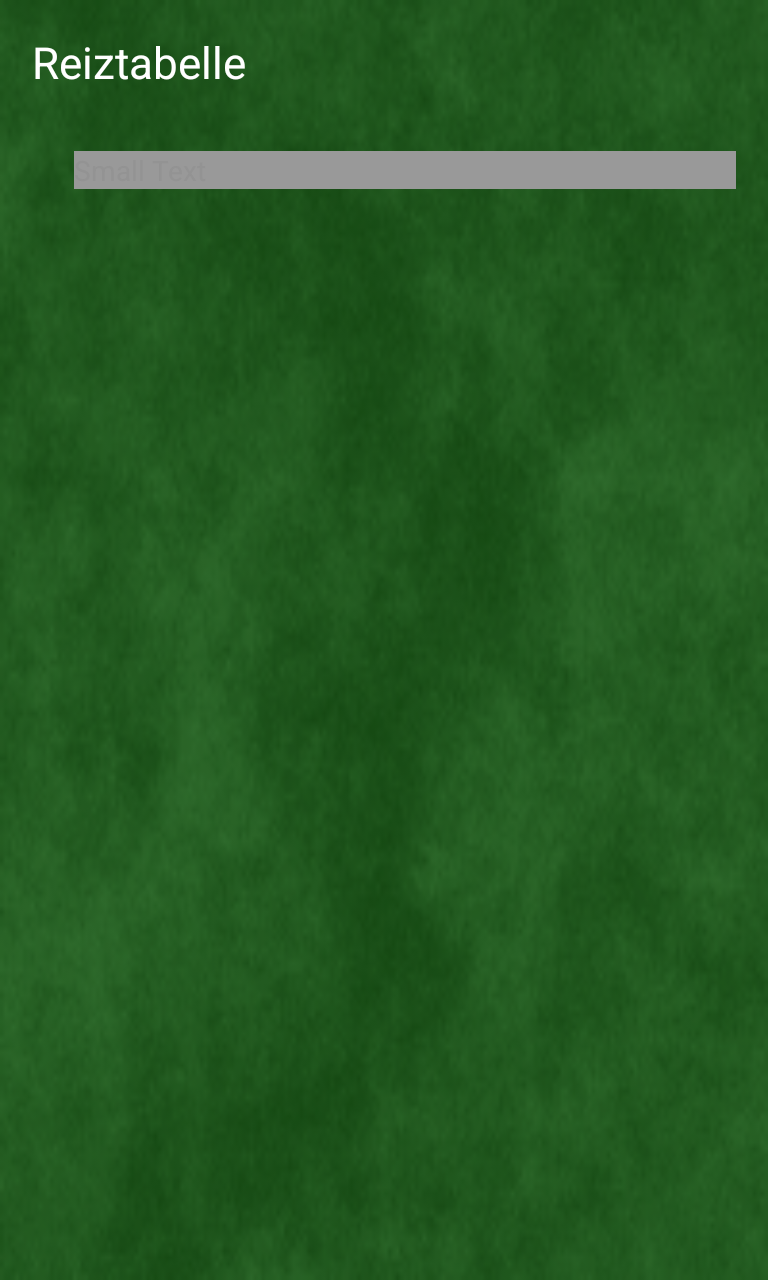
Repository: razinanu/InSy-Skat
Layout: InSy-Skat/res/layout/fragment_result.xml
These files come from the project's save history. The layout is drawn as it stood at one moment and after the next save; the edit follows.
It is drawn on a 768 x 1280 px phone screen (xhdpi) without system bars, with theme AppTheme; the app's code is not run.

Above is the layout before, as saved 2014-06-19 18:07:24.

### InSy-Skat/res/layout/fragment_result.xml
<RelativeLayout xmlns:android="http://schemas.android.com/apk/res/android"
    xmlns:tools="http://schemas.android.com/tools"
    android:layout_width="match_parent"
    android:layout_height="match_parent"
    android:paddingBottom="@dimen/activity_vertical_margin"
    android:paddingLeft="@dimen/activity_horizontal_margin"
    android:paddingRight="@dimen/activity_horizontal_margin"
    android:paddingTop="@dimen/activity_vertical_margin"
    android:background="@drawable/hintergrundapp"
    tools:context="com.example.insy_skat.ResultActivity$PlaceholderFragment" >

     <TextView
        android:id="@+id/reizTabelleText"
        android:layout_width="wrap_content"
        android:layout_height="wrap_content"
        android:text="@string/reizenTabelle"
        android:textAppearance="?android:attr/textAppearanceLarge"
        android:textColor="#ffffff" />

     <ScrollView
         android:id="@+id/scrollView1"
         android:layout_width="match_parent"
         android:layout_height="match_parent"
         android:layout_alignLeft="@+id/reizTabelleText"
         android:layout_below="@+id/reizTabelleText"
         android:layout_marginLeft="21dp"
         android:layout_marginTop="30dp"
          android:layout_marginBottom="30dp" >

         <LinearLayout
             android:layout_width="match_parent"
             android:layout_height="wrap_content"
             android:orientation="vertical" >

             <TextView
                 android:id="@+id/textView01"
                 android:layout_width="match_parent"
                 android:layout_height="wrap_content"
                 android:textColor="@color/textnotAvailable"
                 android:background="@color/backgroundnotAvailable"
                 android:text="Small Text"
                 android:textAppearance="?android:attr/textAppearanceSmall" />

         </LinearLayout>
     </ScrollView>

</RelativeLayout>

### InSy-Skat/res/values/strings.xml
<?xml version="1.0" encoding="utf-8"?>
<resources>

    <string name="app_name">Reizassistent</string>
    <string name="action_settings">Settings</string>
    <string name="zurueck">Zurück</string>
    <string name="weiter">Weiter</string>
    <string name="menue">Menü</string>
    <string name="abbrechen">Abbrechen</string>
    <string name="farbspielGrand">Farbspiel/Grand</string>
    <string name="nullString">Null</string>
    <string name="grand">Grand</string>
    <string name="reizassistent">Reizassistent</string>
     <string name="bubenAuswaehlen">Buben Auswählen</string>
    <string name="farbenAuswahl">Farben Auswählen</string>
    <string name="reizenTabelle">Reiztabelle</string>
    <string name="title_activity_selected_soldiers">SelectedSoldiers</string>
    <string name="title_activity_farben_auswahl">FarbenAuswahl</string>
    <string name="title_activity_result">ResultActivity</string>
    <string name="info_title">Zusätzliche Informationen</string>



</resources>

### InSy-Skat/res/values/color.xml
<?xml version="1.0" encoding="utf-8"?>
<resources>
<color name="textAvailable">#000000</color>
<color name="textnotAvailable">#939393</color>
<color name="backgroundAvailable">#FFFFFF</color>
<color name="backgroundnotAvailable">#999999</color>
</resources>

Loaded but not shown: InSy-Skat/res/values-v11/styles.xml (common file); InSy-Skat/res/values/styles.xml (common file); InSy-Skat/res/values-v14/styles.xml (common file); InSy-Skat/res/values/dimens.xml (common file); InSy-Skat/res/values-w820dp/dimens.xml (common file)

After the next save:
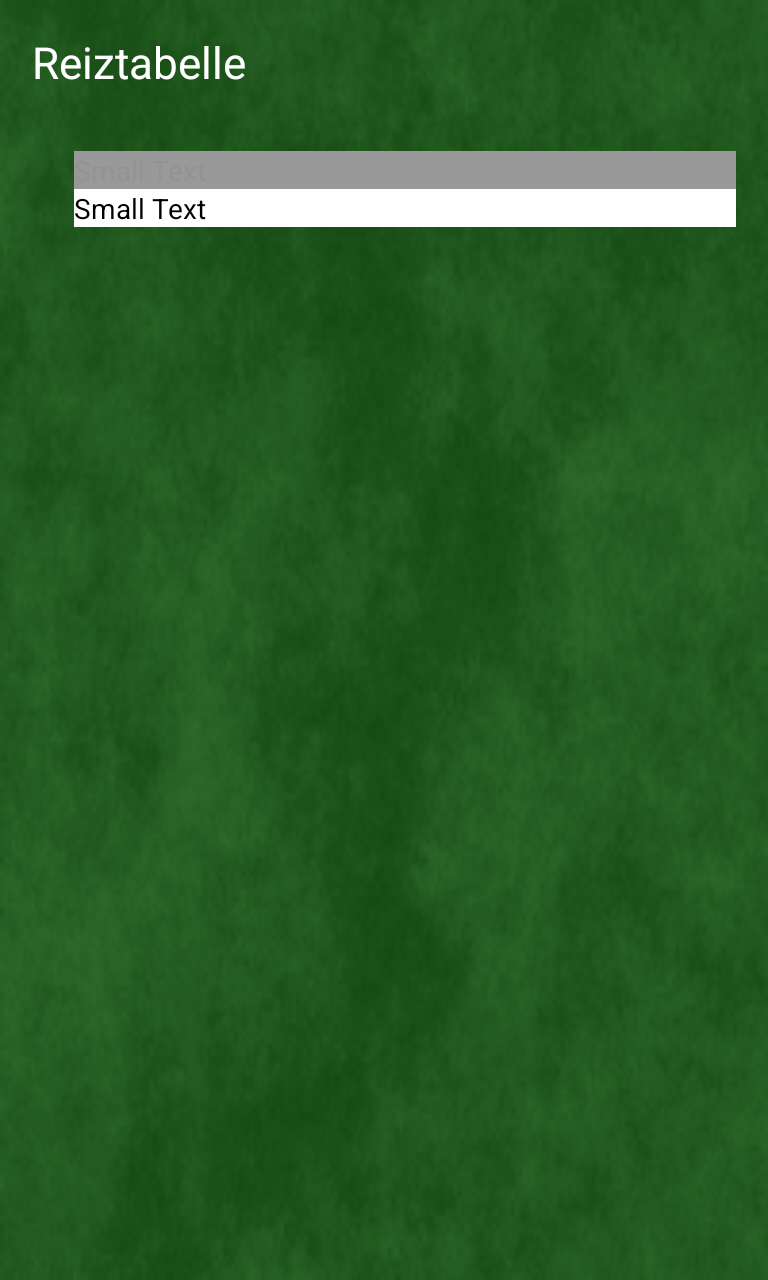
Saved 5 min 17 s later.
--- a/InSy-Skat/res/layout/fragment_result.xml
+++ b/InSy-Skat/res/layout/fragment_result.xml
@@ -40,6 +40,14 @@
                  android:background="@color/backgroundnotAvailable"
                  android:text="Small Text"
                  android:textAppearance="?android:attr/textAppearanceSmall" />
+               <TextView
+                 android:id="@+id/textView02"
+                 android:layout_width="match_parent"
+                 android:layout_height="wrap_content"
+                 android:textColor="@color/textAvailable"
+                 android:background="@color/backgroundAvailable"
+                 android:text="Small Text"
+                 android:textAppearance="?android:attr/textAppearanceSmall" />
 
          </LinearLayout>
      </ScrollView>
